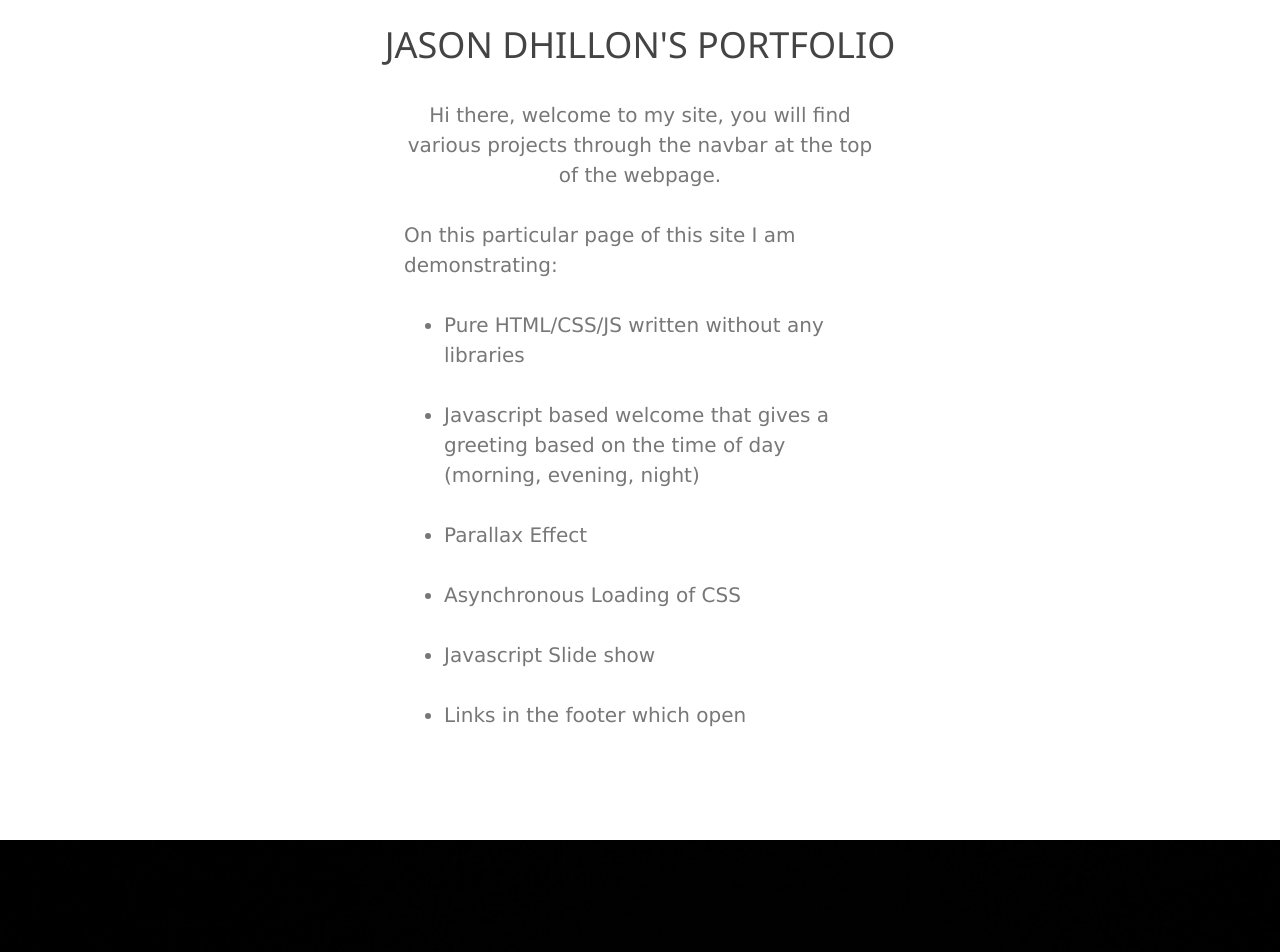
Repository: Jasondhillon/jasondhillon.github.io
Page: index.html
The author's editor kept a copy of each file at every save. The page is drawn from the files as they stood at one save, then again after the next save.
The browser window is 1280 px wide. The pictures show the part of the page from y = 852 to 1804 px (the page is 4096 px tall).
Backgrounds fixed to the window are drawn as part of the page.

Above is the page before, as saved 2020-04-07 17:35:24.

### index.html
<!DOCTYPE html>
<html>
<head>
  <title>Welcome</title>
  <meta name="viewport" content="width=device-width, initial-scale=1">
  <meta name="robots" content="noindex, nofollow">
  <style>
    /*Above the fold*/
      html, body{width:100%; height: 100%; font-family: 'Ubuntu', sans-serif; color: whitesmoke;}

      .parallax{
      height:110%;
      background-attachment: fixed;
      background-position: center;
      background-repeat: no-repeat;
      background-size: cover;
      z-index: -5;
      }

      .topnav {
      position: absolute;
      overflow: hidden;
      }

      .topnav a {
      float: left;
      display: block;
      color: white;
      text-align: center;
      padding: 22px 21px;
      text-decoration: none;
      text-shadow: 0px 0px 10px black;
      font-size: 20px;
      }


      .topnav a:hover {
      background-color: #ddd;
      color: black;
      text-shadow: none;
      }

      .topnav .icon {
      display: none;
      color: white;
      }

      #welcome{
      text-align: center;
      position: absolute;
      left:0;
      width:100%;
      top:40%;
    }

    /*Mobile Media Query*/
      @media screen and (max-width:770px){
        html{overflow-x: hidden}
        /*Change Parallax to use smaller images*/
        .parallax{background-attachment: scroll;}
        #parallax1{background-image: url(../img/mosaic_small.jpg) !important;}
        #parallax2{background-image: url(../img/moon4_small2.jpg) !important; }
        #parallax3{background-image: url(../img/blur_small.jpg) !important;}

        /*Change Navbar to become hamburger menu*/
        .topnav a:not(:last-child) {
            display: none;
        }

        .topnav{
            min-height:100px;
            position: relative;
        }
        .topnav a.icon {
            position: absolute;
            right: 0;
            display: block;

        }
        .topnav.responsive {
            position: relative;
        }
        .topnav.responsive .icon {
            position: absolute;
            right: 0;
            top: 0;
        }
        .topnav.responsive a {
            float: none;
            display: block;
            text-align: left;
        }
      }
  </style>
  <!-- Async Script -->
    <noscript id="deferred-styles">
      <link rel="stylesheet" type="text/css" href="css/stylesheet.css"/>
      <link rel="stylesheet" href="https://www.w3schools.com/w3css/4/w3.css">
      <link rel="stylesheet" href="https://fonts.googleapis.com/css?family=Lato">
    </noscript>
    <script>
      var loadDeferredStyles = function() {
        var addStylesNode = document.getElementById("deferred-styles");
        var replacement = document.createElement("div");
        replacement.innerHTML = addStylesNode.textContent;
        document.body.appendChild(replacement)
        addStylesNode.parentElement.removeChild(addStylesNode);
      };
      var raf = requestAnimationFrame || mozRequestAnimationFrame ||
          webkitRequestAnimationFrame || msRequestAnimationFrame;
      if (raf) raf(function() { window.setTimeout(loadDeferredStyles, 0); });
      else window.addEventListener('load', loadDeferredStyles);
    </script>

</head>

<body>
<!-- Parallax/Navbar -->
  <div id="parallax1" class="parallax" style=" z-index: 1; height:110%; background-image: url(img/mosaic.JPG);" >
    <!--p style="color:white; height:110%; z-index: -599; position: absolute;"> loading </p-->

    <nav class="topnav" id="myTopnav">
      <a href="">Home</a>
      <a href="photos/index.html">Photos</a>
      <a href="about/index.html">About</a>
      <a href="contact/index.html">Contact</a>
      <a href="alt/index.html">Alt Site</a>
      <a href="javascript:void(0);" style="font-size:25px;" class="icon" onclick="myFunction();">&#9776;</a>
  </nav>

      <script>
          function myFunction()
          {
            var temp;
            var temp2;
            clearInterval(temp);
            clearInterval(temp2);

            var x = document.getElementById("myTopnav");
            var y = document.getElementById("welcometext");

            if (x.className === "topnav")
            {
              x.className += " responsive";

              y.style.opacity = 1;
              var temp = setInterval(function()
              {
                if(y.style.opacity<= 0)
                {
                  y.style.opacity = 0;
                  clearInterval(temp);

                }
                else
                {
                  y.style.opacity-=.1;
                  console.log("subtracting");
                }
              }, 10);

            }
            else
            {
              x.className = "topnav";
              y.style.opacity = 0;
                var temp2 = setInterval(function()
                {
                  if(y.style.opacity>= 1)
                  {
                    y.style.opacity = 1;
                    clearInterval(temp2);

                  }
                  else
                  {
                    y.style.opacity = parseFloat(y.style.opacity) + .05;
                    console.log("adding");
                  }
                }, 10);

            }
          }
      </script>

    <div id="welcome">
      <p id="welcometext">welcome</p>

      <script>
      var x = document.getElementById("welcometext");
      var y = new Date().getHours();
       if(y<12) x.innerHTML = "Good Morning";
       else if(y==12) x.innerHTML = "Welcome";
       else x.innerHTML = "Good Afternoon";
      </script>
    </div>

  </div>

<!-- Quote  -->
  <div style="background-color: white; padding: 80px 50px; line-height: 30px;">
    <h1 style="text-align: center; color: #444; text-transform: uppercase;">Jason Dhillon's Portfolio </h1>
    <div >
    <p id="quote" style="text-align: center;">
      Hi there, welcome to my site, you will find various projects through the navbar at the top of the webpage.</p>
      <p id="quote">
        On this particular page of this site I am demonstrating:</p>
      <ul id="quote">
        <li>Pure HTML/CSS/JS written without any libraries</li>
        <li> Javascript based welcome that gives a greeting based on the time of day (morning, evening, night)</li>
        <li>Parallax Effect</li>
        <li>Asynchronous Loading of CSS</li>
        <li>Javascript Slide show</li>
        <li>Links in the footer which open </li>
      </ul>
    </div>
  </div>

<!-- Parallax/Moon -->
  <div id="parallax2" class="parallax" style="background-image: url(img/moon4.JPG);">
    <div style="position: relative; left:50px; top:100px; width:50%;">
      <p id="moontext">
        "I am the Alpha and the Omega,
          the First and the Last,
            the Beginning and the End."</p>
      </div>
  </div>

<!-- Slide Show -->
  <div style="background-color: #282E34; height: 100px;"></div>
  <div style="background-color: #282E34;">
    <div class="w3-content w3-display-container" style="height:350px; overflow:hidden">
      <img class="mySlides" src="img/IMG_0911.JPG" style="z-Index:3">
      <img class="mySlides" src="img/IMG_0810.JPG" style="z-Index:2">
      <img class="mySlides" src="img/IMG_1858.JPG" style="z-Index:1">

    <!-- Slide Show Buttons -->
      <div class="w3-center w3-container w3-section w3-large w3-text-white w3-display-bottommiddle" style="width:100%; z-index:4;">
        <div class="w3-left w3-hover-text-khaki" onclick="plusDivs(-1)">&#10094;</div>
        <div class="w3-right w3-hover-text-khaki" onclick="plusDivs(1)">&#10095;</div>
        <span class="w3-badge demo w3-border w3-transparent w3-hover-white" onclick="currentDiv(1)"></span>
        <span class="w3-badge demo w3-border w3-transparent w3-hover-white" onclick="currentDiv(2)"></span>
        <span class="w3-badge demo w3-border w3-transparent w3-hover-white" onclick="currentDiv(3)"></span>
      </div>

      <!--Slide Show Script -->
        <script>
          var slideIndex = 0;
          var j = null;
          document.getElementsByClassName("demo")[slideIndex].className += " w3-white";
          var looper = setInterval(function(){if(j==null){showNextDivs(1+slideIndex);}}, 5000);

          function plusDivs(n) {
            if(looper!== null){
              clearInterval(looper);
              looper = null;
            }

            if(j==null){
            showNextDivs(n+slideIndex);
            }
          }
          function currentDiv(n) {
            if(looper!== null){
              clearInterval(looper);
              looper = null;
            }

            if(j==null){
              showDivs(n);
            }
          }
          //////////////////////////////////////////////////////
          function showDivs(n) {
            var prev = slideIndex;
            var next = n-1;
            var x = document.getElementsByClassName("mySlides");
            var dots = document.getElementsByClassName("demo");

            x[prev].style.zIndex = 3;

            x[next].style.zIndex = 2;

            for(var i = 0; i<x.length; i++){
              if((i!== prev) && (i!==next)){
                x[i].style.zIndex = 1;
              }

            }
              var opc = 1;
              j = setInterval(function(){
                  if (opc <= 0) {
                    x[next].style.zIndex = 3;
                    x[prev].style.zIndex = 2;
                    x[prev].style.opacity = 1;
                      clearInterval(j);
                      j=null;
                  } else {
                      opc-=.01;

                      x[prev].style.opacity = opc;
                  }
              }, 10);

              slideIndex = next;

            for (i = 0; i < dots.length; i++) {
              dots[i].className = dots[i].className.replace(" w3-white", "");
            }

            dots[next].className += " w3-white";
            x[prev].style.opacity = 1;
          }
          ////////////////////////////////////////////////////
          function showNextDivs(n) {
            var x = document.getElementsByClassName("mySlides");
            var dots = document.getElementsByClassName("demo");

            var prev = slideIndex;
            var next = n;
            if (n == -1) {next = 2}
            if (n == 3) {next = 0}
            var x = document.getElementsByClassName("mySlides");
            var dots = document.getElementsByClassName("demo");

            x[prev].style.zIndex = 3;

            x[next].style.zIndex = 2;

            for(var i = 0; i<x.length; i++){
              if((i!== prev) && (i!==next)){
                x[i].style.zIndex = 1;
              }

            }
              var opc = 1;
              j = setInterval(function(){
                  if (opc <= 0) {
                    x[next].style.zIndex = 3;
                    x[prev].style.zIndex = 2;
                    x[prev].style.opacity = 1;
                      clearInterval(j);
                      j=null;
                  } else {
                      opc-=.01;

                      x[prev].style.opacity = opc;
                  }
              }, 10);

              slideIndex = next;

            for (i = 0; i < dots.length; i++) {
              dots[i].className = dots[i].className.replace(" w3-white", "");
            }

            dots[next].className += " w3-white";
            x[prev].style.opacity = 1;

            console.log("Previous: " + prev + "\nslideIndex: " + slideIndex)
          }
        </script>

      </div>
    </div>
  </div>
  <div style="background-color: #282E34; height: 100px;"></div>


<!-- Skype Bot -->
  <span class="skype-button bubble " data-bot-id="2c2a7e41-040a-4fcd-b10a-2480ac3c488e"></span>
  <script src="https://swc.cdn.skype.com/sdk/v1/sdk.min.js"></script>

  <!-- Parallax -->
  <div id="parallax3" class="parallax" style="background-image: url(img/blur.JPG);">
  </div>

  <!-- Footer -->
  <footer class="footer">
    <table class="footer" cellspacing="0" cellpadding="0">

      <tr>
        <td>
          <p class="footer">SOCIAL</p>
          <ul class="footer">
            <li class="footer"><a  class="footer" href="https://www.facebook.com/"> <img src="img/facebook.svg" alt="" width="50px" height="50px"></li>
            <li class="footer"><a  class="footer" href="https://twitter.com/"> <img src="img/twitter.svg" alt="" width="50px" height="50px"></li>
            <li class="footer"><a class="footer" href="https://plus.google.com/+"> <img src="img/googleplus.svg" alt="" width="50px" height="50px"></li>
            <li class="footer"><a class="footer" href="https://www.instagram.com//"> <img src="img/instagram.svg" alt="" width="50px" height="50px"></li>
            <li class="footer"><a class="footer" href="https://www.youtube.com/"> <img src="img/youtube.svg" alt="" width="50px" height="50px"></li>
          </ul>
        </td>

        <!--Desktop-->
        <td id="desktop">
            <h4>You can contact me here</h4>
            <h4><img id="icon" src="img/location2.png">Orlando, FL</h4>
            <h4><img id="icon" src="img/phone2.png"><a style="color:dodgerblue" href="tel:">1-407-407-0000</h4></a></li>
            <h4><img id="icon" src="img/mail2.png"><a style="color:dodgerblue" href="mailto:">email@gmail.com</a></h4>
        </td>
      </tr>

      <!--Mobile-->
      <tr>
        <td id="mobile">
          <ul style="margin: 0 auto; width: 100%; padding: 20px;">
            <li class="footer" style="width:100%"><h4>You can contact me here</h4></li>
            <li class="footer" style="width:100%"><h4><img id="icon" src="img/location2.png">Orlando, FL</h4></li>
            <li class="footer" style="width:100%"><h4><img id="icon" src="img/phone2.png"><a style="color:dodgerblue" href="tel:">1-407-407-0000</h4></a></li>
            <li class="footer" style="width:100%"><h4><img id="icon" src="img/mail2.png"><a style="color:dodgerblue" href="mailto:">email@gmail.com</a></h4></li>
          </ul>
        </td>
      </tr>
    </table>

  </footer>

</body>
</html>

### css/stylesheet.css
html, body{width:100%; height: 100%; font-family: 'Ubuntu', sans-serif; color: whitesmoke;}
a{text-decoration: underline;}
.mySlides {display:block; position: absolute;}
.w3-left, .w3-right, .w3-badge {cursor:pointer}
.w3-badge {height:13px; width:13px; padding:0}

/*Parallax*/
    .parallax{
        height:110%;
        background-attachment: fixed;
        background-position: center;
        background-repeat: no-repeat;
        background-size: cover;
        z-index: -5;
    }

 /*Moon Text*/
    #moontext {
        position: absolute;
        top:200px;
        text-transform:uppercase;
        background-color:#282E34;
        width:100%;
        letter-spacing: 5px;
        padding: 20px;
    }

    #quote{
        text-align: left;
        width:40%; white-space:pre-line;
        margin: 0 auto;
        font-size: 20px;
        color: #777
    }

/*Navbar*/
    .topnav {
        position: absolute;
        overflow: hidden;
        }

        .topnav a {
        float: left;
        display: block;
        color: white;
        text-align: center;
        padding: 22px 21px;
        text-decoration: none;
        text-shadow: 0px 0px 10px black;
        font-size: 20px;
        }


        .topnav a:hover {
        background-color: #ddd;
        color: black;
        text-shadow: none;
        }

        .topnav .icon {
        display: none;
        color: white;
        }

        #welcome{
            text-align: center;
            position: absolute;
            left:0;
            width:100%;
            top:40%;
        }

	#welcometext{
	    opacity: 1;
	    position: absolute;
	    left: 0;
	    right: 0;
	    text-transform: uppercase;
	    background-color: #282E34;
	    width: 250px;
	    text-align: center;
	    font-size: 20px;
	    letter-spacing: 10px;
	    padding: 20px;
	    margin: 0 auto;
	}

/*Footer*/
    footer{
        width:100%;
        background-color: #111;
        text-align: center;
        padding-bottom: 50px;
    }

    p.footer{
        padding-top: 50px;
        color: white;
        font-weight: bold;
    }

    ul.footer{
        display: inline;
        list-style: none;
        padding-right: 50px;
    }
    a.footer{
        text-decoration: none;
    }
    #mobile{
        display: none;
    }
    li.footer{
	    display: inline-block;
    }
    #desktop{
        padding-right: 100px;
        padding-top:50px;
        float: right;
    }
    table.footer{
        width: 100%; table-layout: fixed
    }

/*SkypeBot iframe*/
iframe{
    background-color: #111 !important;
    width: inherit !important;
    height: 2em;
    margin: 0 !important;
}

/*Mobile Media Query*/
    @media screen and (max-width:770px){
    html{overflow-x: hidden}
    /*Change Parallax to use smaller images*/
    .parallax{background-attachment: scroll;}
    #parallax1{background-image: url(../img/mosaic_small.jpg) !important;}
    #parallax2{background-image: url(../img/moon4_small2.jpg) !important; }
    #parallax3{background-image: url(../img/blur_small.jpg) !important;}

    /*Change Navbar to become hamburger menu*/
    .topnav a:not(:last-child) {
        display: none;
    }

    .topnav{
        min-height:100px;
        position: relative;
    }
    .topnav a.icon {
        position: absolute;
        right: 0;
        display: block;

    }
    .topnav.responsive {
        position: relative;
    }
    .topnav.responsive .icon {
        position: absolute;
        right: 0;
        top: 0;
    }
    .topnav.responsive a {
        float: none;
        display: block;
        text-align: left;
    }

    /*Change the slide show to fit the screen*/
    .mySlides{
        margin-left:-150px;
    }

    /*Change footer to mobile friendly variant*/
    .footer{
        padding: 0;
    }
    ul.footer{
        padding-right:0px;
    }

    td.footer{
        padding-right:0;
    }

    #desktop{
        display:none;
    }
    #mobile{
        display:block;
    }

    table{
        width:100%;
    }

    /*Positioning fixes for mobile*/
    #moontext{
        font-size: 12px;
        top:30px;
    }

    #quote{
        width:100% !important;
    }
}
@media screen and(max-width: 1090px){
    #quote{
        width:100% !important;
    }
}

After the next save:
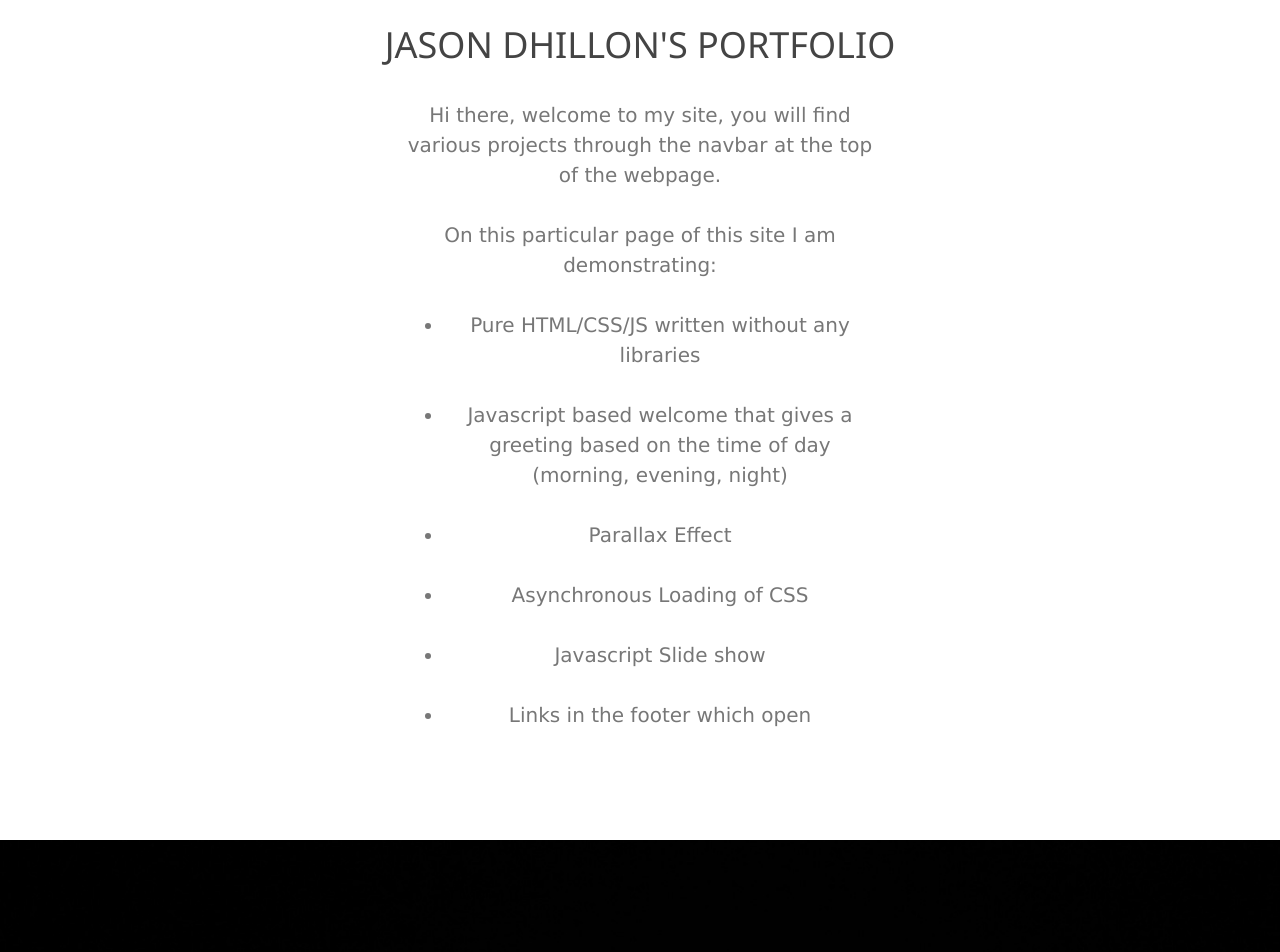
Saved 15 s later.
--- a/index.html
+++ b/index.html
@@ -203,9 +203,9 @@
     <div >
     <p id="quote" style="text-align: center;">
       Hi there, welcome to my site, you will find various projects through the navbar at the top of the webpage.</p>
-      <p id="quote">
+      <p id="quote"  style="text-align: center;">
         On this particular page of this site I am demonstrating:</p>
-      <ul id="quote">
+      <ul id="quote"  style="text-align: center;">
         <li>Pure HTML/CSS/JS written without any libraries</li>
         <li> Javascript based welcome that gives a greeting based on the time of day (morning, evening, night)</li>
         <li>Parallax Effect</li>
